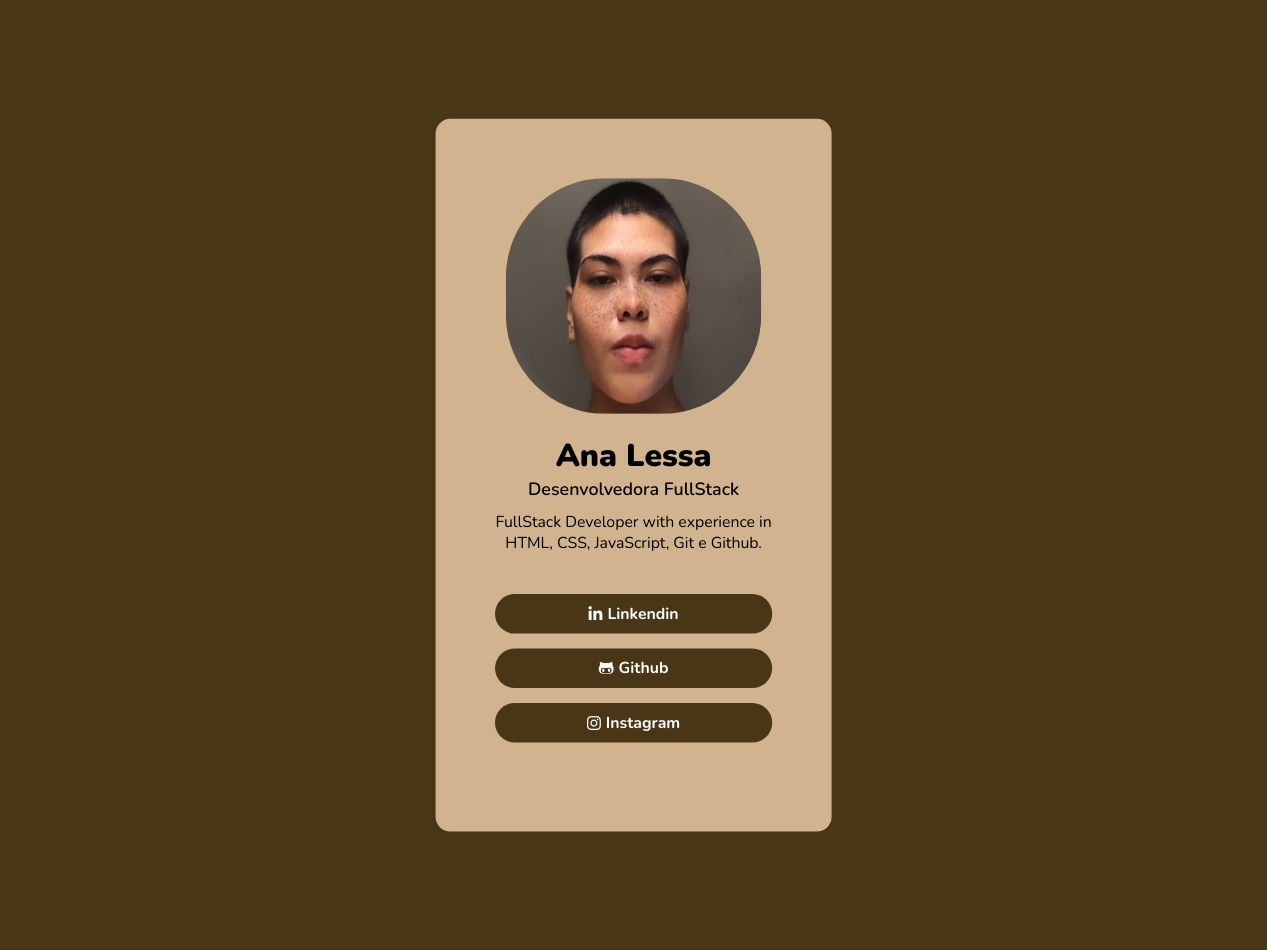
Repository: analessp/linktree
Page: index.html
An editor plug-in stored every save of this project. The page is shown before and after the next save, followed by the edit.
The browser window is 1280 px wide. The pictures show the whole page, at 99% of full size.

Above is the page before, as saved 2025-04-11 11:19:51.

### index.html
<!DOCTYPE html>
<html lang="pt-BR">
<head>
    <meta charset="UTF-8">
    <meta name="viewport" content="width=device-width, initial-scale=1.0">
    <title>Linktree Ana Lessa</title>
    <link rel="stylesheet" href="style.css">
    <link rel="preconnect" href="https://fonts.googleapis.com">
    <link rel="preconnect" href="https://fonts.gstatic.com" crossorigin>
    <link href="https://fonts.googleapis.com/css2?family=Nunito:ital,wght@0,200..1000;1,200..1000&display=swap" rel="stylesheet">
    <link rel="stylesheet" href="https://cdnjs.cloudflare.com/ajax/libs/font-awesome/6.5.0/css/all.min.css">
</head>
<body>
    <div class="container-main">
    <div class="container-image">
        <img src="./assets/img.jpg" alt="Foto de Ana Lessa">
    </div>
    <div class="container-infos">
        <h1>Ana Lessa</h1>
        <h2>Desenvolvedora FullStack</h2>
    </div>
    <div class="container-easter-egg">
        <p>FullStack Developer with experience in HTML, CSS, JavaScript, Git e Github.</p>
    </div>
    <div class="container-social-links">
        <ul>
            <a href="https://www.linkedin.com/in/ana-lessa-2a312a253/" target="_blank">
            <li>
            <i class="fa-brands fa-linkedin-in"></i>
            <p>Linkendin</p>
            </li></a>
            <a href="https://github.com/analessp" target="_blank">
            <li>
            <i class="fa-brands fa-github-alt"></i>
            <p>Github</p>
            </li></a>
            <a href="https://www.instagram.com/analessp/" target="_blank">
            <li>
            <i class="fa-brands fa-instagram"></i>
            <p>Instagram</p>
            </li></a>
        </ul>
    </div>
    </div>
</body>
</html>

### style.css
* {
    font-family: "Nunito", sans-serif;
    margin: 0;
    padding: 0;
    box-sizing: border-box;
}

body {
    background-color: #493617;
}

.container-main {
    background-color: #d1b48f;
    width: 400px;
    height: 720px;
    box-sizing: border-box;
    margin: 120px auto;
    padding: 60px;
    border-radius: 15px;
    text-align: center;
}

.container-image img{
        width: 258px;
        height: 238px;
        border-radius: 100px;
}

.container-infos {
margin-top: 15px;
margin-bottom: 10px;
}

.container-infos h1 {
    font-weight: 900;
}

.container-infos h2 {
    font-weight: 600;
    font-size: 18px;
}

.container-social-links ul {
    list-style: none;
}

.container-social-links a {
    text-decoration: none;
    color: #ffffff;
}

.container-social-links {
    margin-top: 40px;
}

.container-social-links li {
    display: flex;
    justify-content: center;
    gap: 5px;
    align-items: center;
    width: 280px;
    height: 40px;
    background-color: #493617;
    margin: 15px 0;
    border-radius: 20px;
    font-weight: 700;
    transform-origin: 0.6s%;

    &:hover {
        background-color: bisque (0, 0, 0);
        transform: scale(1.1);
    }
}

After the next save:
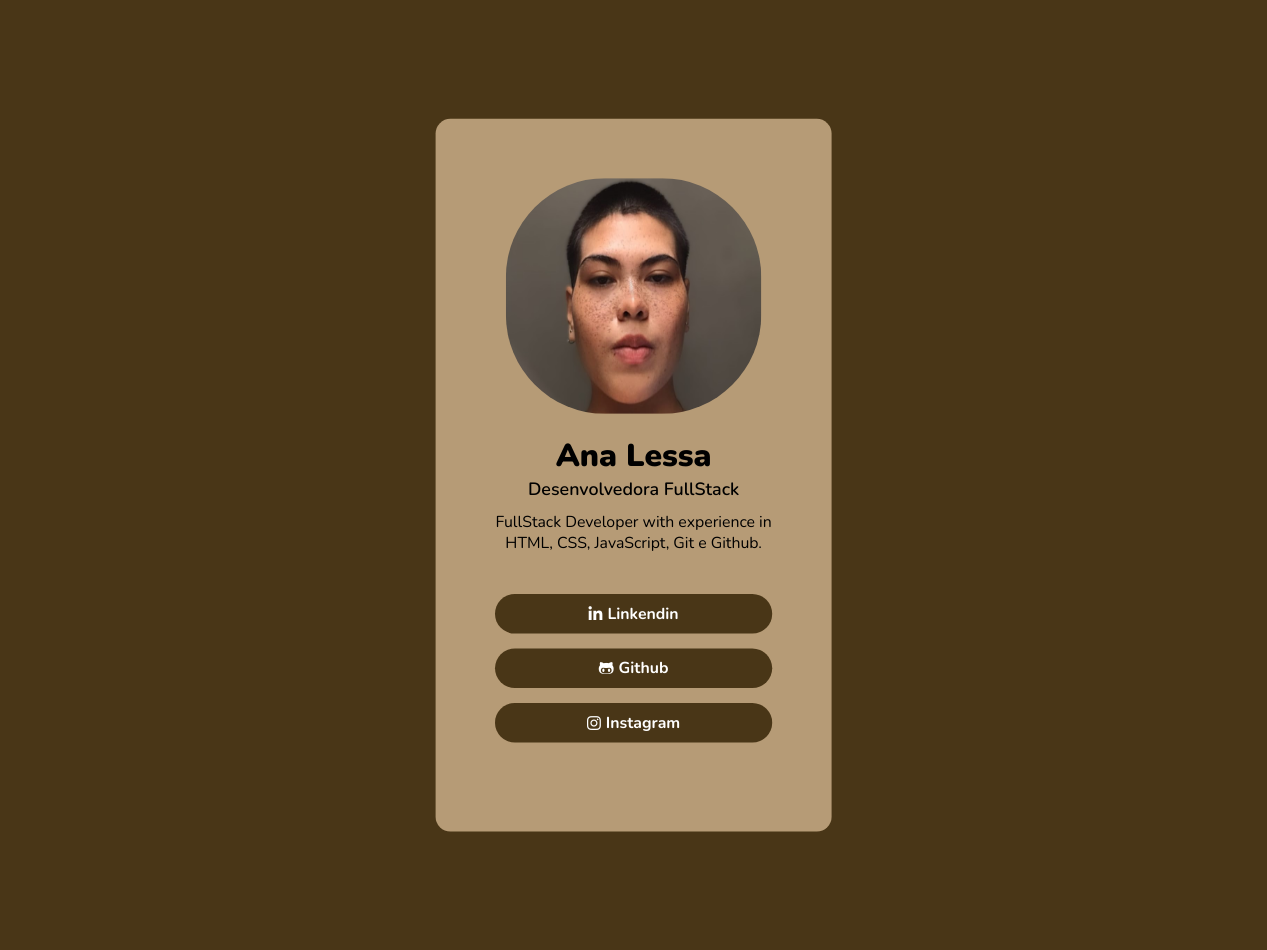
Saved 17 s later.
--- a/style.css
+++ b/style.css
@@ -10,7 +10,7 @@ body {
 }
 
 .container-main {
-    background-color: #d1b48f;
+    background-color: #b69b76;
     width: 400px;
     height: 720px;
     box-sizing: border-box;
